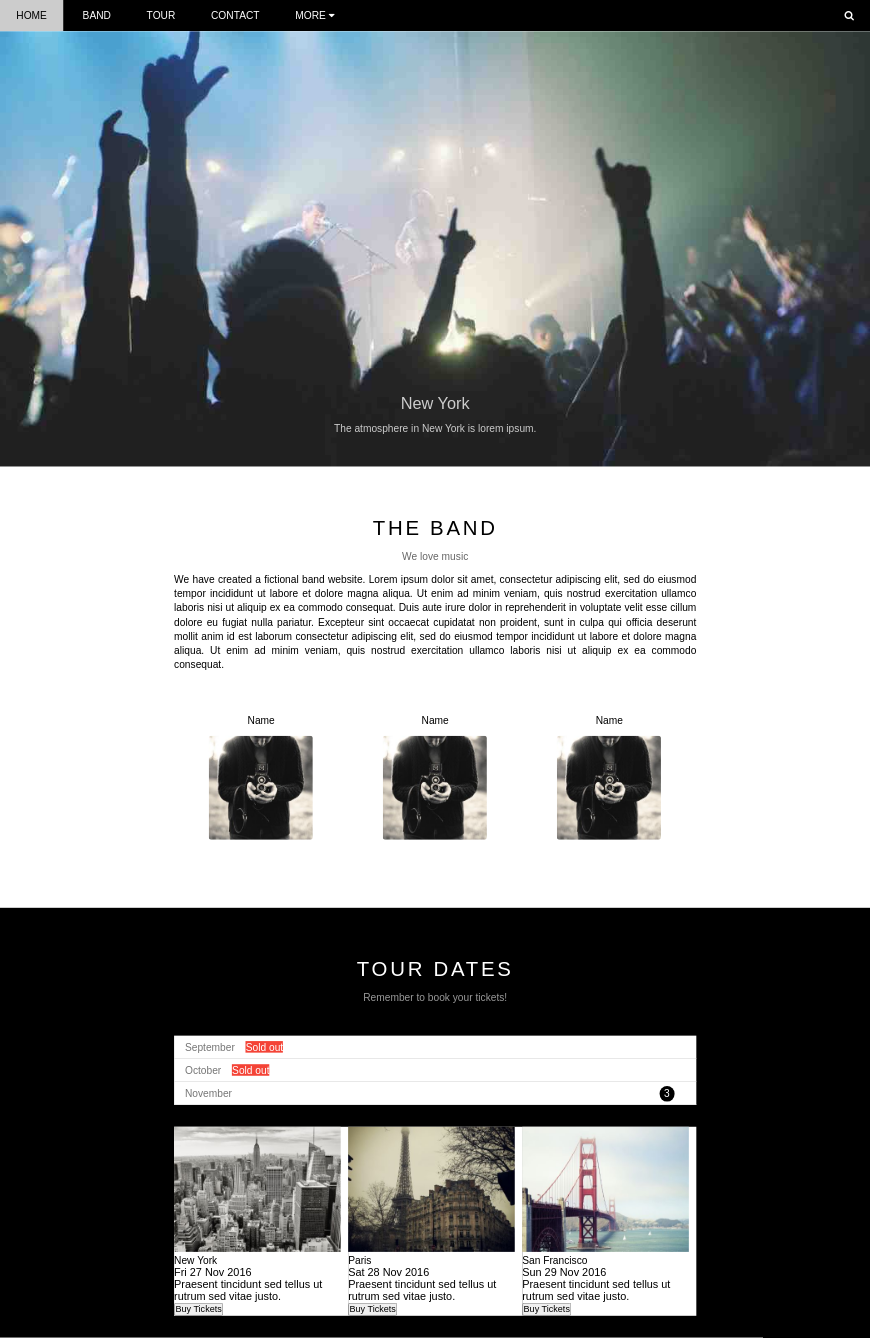
Repository: nguyenhoang2002062929/band
Page: index.html
An editor plug-in stored every save of this project. The page is shown before and after the next save, followed by the edit.
The browser window is 1280 px wide. The pictures show the whole page, at 68% of full size.

Above is the page before, as saved 2023-06-05 14:58:24.

After the next save:
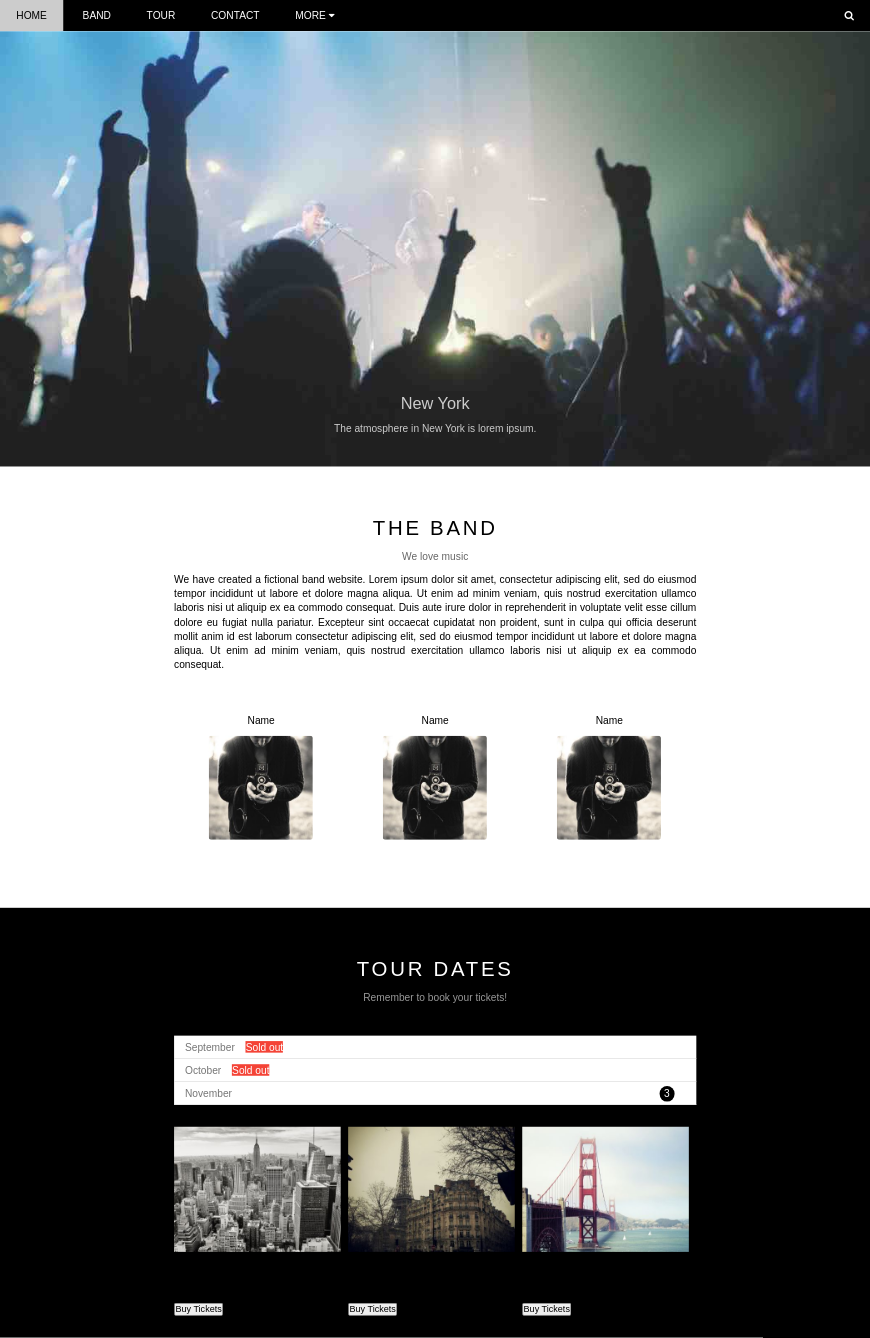
Saved 10 s later.
--- a/assets/css/style.css
+++ b/assets/css/style.css
@@ -187,7 +187,7 @@
 }
 .tour-places .places{
     width: 33.333%;
-    background-color: #fff;
+
 }
 .places .name{
     font-size: 15px;

After the save that followed:
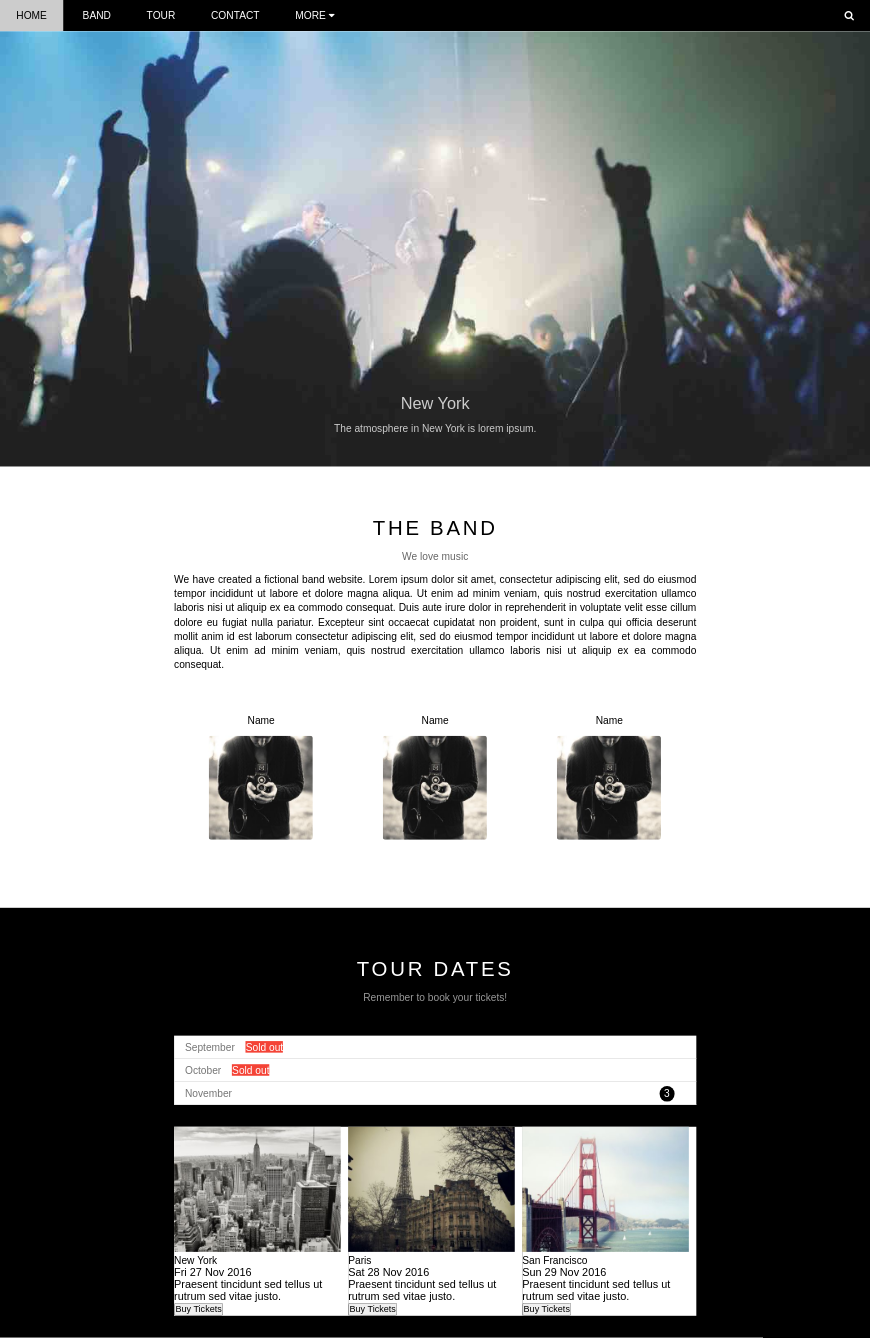
Saved 16 s later.
--- a/assets/css/style.css
+++ b/assets/css/style.css
@@ -187,7 +187,8 @@
 }
 .tour-places .places{
     width: 33.333%;
-
+    background-color: #fff;
+    display: block;
 }
 .places .name{
     font-size: 15px;
